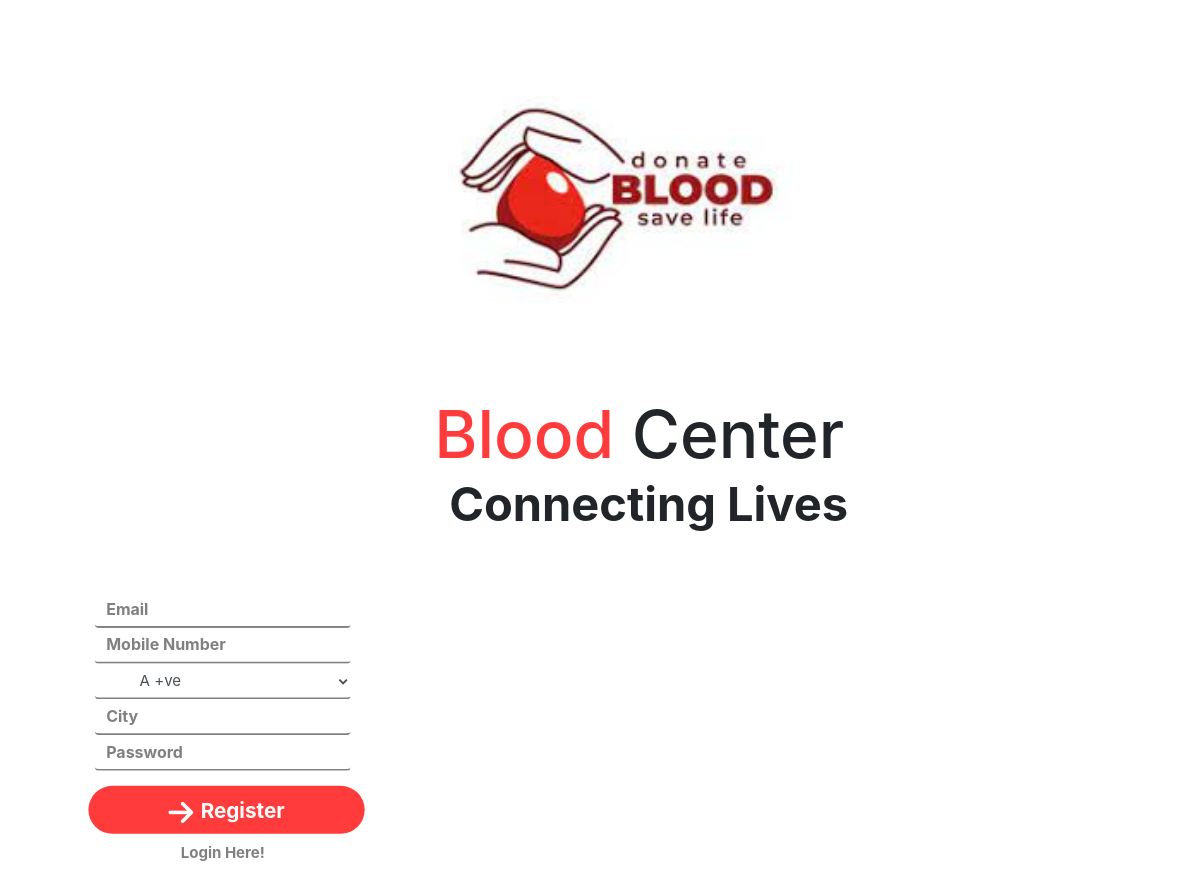
Repository: syedali042/jbds
Page: /Register
These files come from the project's save history. The page is drawn as it stood at one moment and after the next save; the edit follows.
The browser window is 1280 px wide. The pictures show the whole page, at 94% of full size.
Some web libraries are served in a nearby version. The project was rebuilt for these pictures with package versions that can differ from the ones it lists, and the page was loaded fresh each time. Also part of the build but not shown: src/components/Login.js, src/components/Header.js, src/components/About.js, src/components/Header2.js, src/components/Home.js, src/components/Header4.js, src/components/Request.js, src/components/Header3.js and 1 more.

Above is the page before, as saved 2021-11-09 20:53:07.

After the next save:
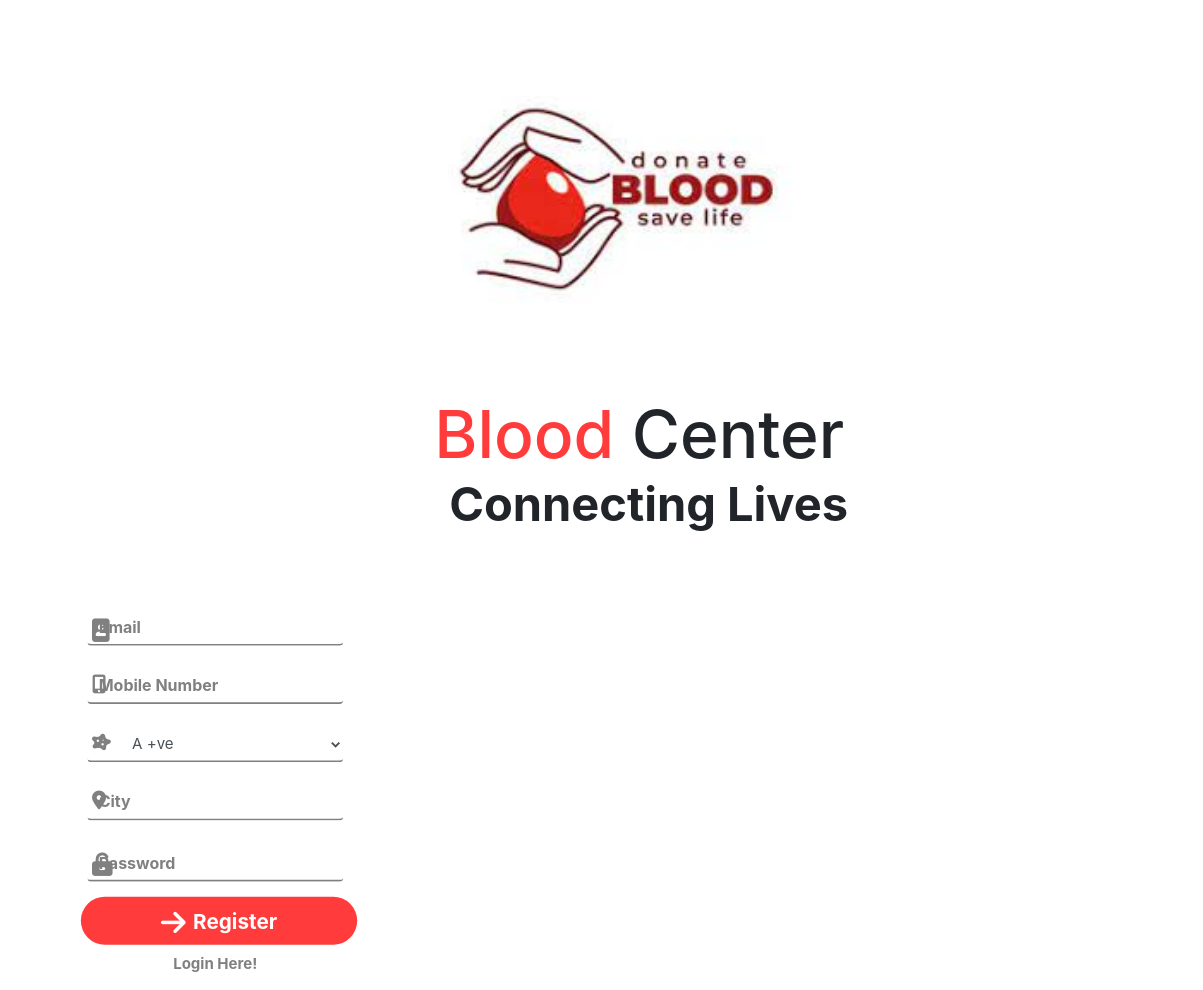
Saved 28 s later.
--- a/src/components/Register.js
+++ b/src/components/Register.js
@@ -15,7 +15,7 @@ function Register() {
                     </div>
                 </div>
                 <div className="container">
-                    <div className="row p-3">
+                    <div className="row p-2">
                         <div>
 
                         <Formik
@@ -49,7 +49,7 @@ function Register() {
                                 /* and other goodies */
                             }) => (
                                 <form onSubmit={handleSubmit} className="formik">
-                                    {/* <i className="fas fa-portrait"></i> */}
+                                    <i className="fas fa-portrait"></i>
                                     <input
                                         type="email" className="placehorder form-control em"
                                         name="email"
@@ -61,7 +61,7 @@ function Register() {
                                     />
 
                                     {errors.email && touched.email && errors.email}
-                                    {/* <i className="fas fa-mobile-alt"></i> */}
+                                    <i className="fas fa-mobile-alt"></i>
                                     <input
                                         type="number" className="placehorder form-control num"
                                         name="number"
@@ -72,7 +72,7 @@ function Register() {
                                     />
 
                                     {errors.number && touched.number && errors.number}
-                                    {/* <i className="fas fa-disease"></i> */}
+                                    <i className="fas fa-disease"></i>
                                     <select name="bloodGroup" className="placehorder form-control bloodGroup">
                                         <option value="volvo">&nbsp;&nbsp;&nbsp;&nbsp;&nbsp;&nbsp;
                                         A +ve</option>
@@ -82,7 +82,7 @@ function Register() {
                                     </select>
 
                                     {errors.bloodGroup && touched.bloodGroup && errors.bloodGroup}
-                                    {/* <i className="fas fa-map-marker-alt"></i> */}
+                                    <i className="fas fa-map-marker-alt"></i>
                                     <input
                                         type="text" className="placehorder form-control city"
                                         name="city"
@@ -93,7 +93,7 @@ function Register() {
                                     />
 
                                     {errors.city && touched.city && errors.city}
-                                    {/* <i className="fas fa-unlock-alt"></i> */}
+                                    <i className="fas fa-unlock-alt"></i>
                                     <input
                                         type="password" className="placehorder form-control pass"
                                         name="password"
